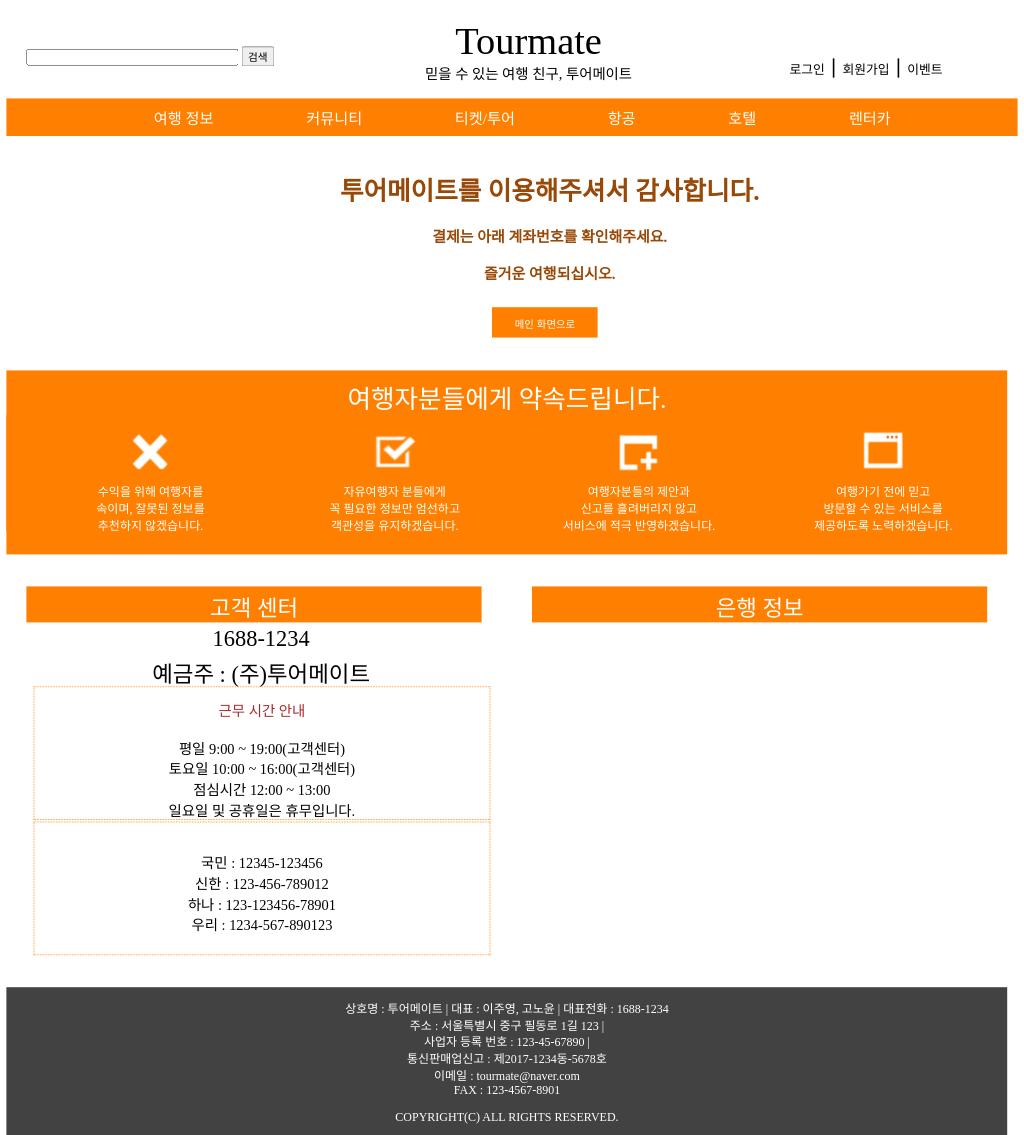
Repository: nohyoonko/2017-2-WP-Tourmate
Page: http://localhost/Tourmate/ok.jsp
These files come from the project's save history. The page is drawn as it stood at one moment and after the next save; the edit follows.
The browser window is 1280 px wide. The pictures show the whole page, at 80% of full size.
Some web libraries are served in a nearby version. The page is served by Tomcat 9. Other server files are loaded and not shown.

Above is the page before, as saved 2017-12-07 06:28:15.

### eclipse-workspace/Tourmate/WebContent/ok.jsp
<%@ page contentType="text/html; charset=UTF-8" pageEncoding="UTF-8"%>
<!DOCTYPE html>
<html lang="ko">
	<head>
		<meta http-equiv="Content-Type" content="text/html; charset=UTF-8" />
		<title>투어메이트</title>
		<script src="http://code.jquery.com/jquery-1.10.1.js"></script>
		<style>
		.whitebox {
         height:250px;
         width:600px;
         color:#984807;
         margin-left:30%;
      	}
      	input.button {
      		padding:1.5% 3% 2% 3%;
      		width:22%;
      		height:15%;
      		border-color:transparent;
      		font-weight:550;
      		font-size:13px;
       	 	background:#FF8000;
       	 	color:white;
        	text-align:center;
        	margin-left:38%;
        	margin-top:2%;
      	}
		</style>
	</head>
	<body>
		<!-- 제목+메뉴바를 포함한 Header.jsp 파일을 include -->
 		<jsp:include page="Header.jsp" flush="false"/>
		<br><br>
		<div class="whitebox">
			<center>
			<h1>투어메이트를 이용해주셔서 감사합니다.</h1>
			<h3>결제는 아래 계좌번호를 확인해주세요.</h3>
			<h3>즐거운 여행되십시오.</h3>
			</center>
			<input type="button" class="button" value="메인 화면으로" onClick="location.href='투어메이트.jsp'">
		</div>
		<!-- 회사 정보와 약속을 포함한 Footer.jsp 파일을 include -->
		<jsp:include page="Footer.jsp" flush="false"/>
	</body>
</html>

### eclipse-workspace/Tourmate/WebContent/Header.jsp
<%@ page language="java" contentType="text/html; charset=UTF-8"
    pageEncoding="UTF-8"%>
<!DOCTYPE html PUBLIC "-//W3C//DTD HTML 4.01 Transitional//EN" "http://www.w3.org/TR/html4/loose.dtd">
<html>
<head>
   <meta http-equiv="Content-Type" content="text/html; charset=UTF-8">
   <title>투어메이트</title>
    <style>
        div { font-family: "함초롬돋움"; }

        div.header1 {
            width: 30%;
            float: left;
            margin-left: 25px;
            margin-top: 50px;
        }

        div.header2 {
            width: 33%;
            height: 60px;
            float: left;
            margin-left: 40px;
            margin-top: 15px;
            color: black;
        }

         div.header2 > a {
           color:black; text-decoration:none;
         }

        div.header3 {
            width: 31%;
            height: 50px;
            float: left;
            margin-right: 10px;
            margin-top: 65px;
        }

        .menubar {
          background: #FF8000;
          display: inline-block;
           width: 100%;
      }
      .main { margin: 0; padding: 0; font-size: 19px; }
      .main li {
         padding:0% 3% 0% 3%;
           float: left;
           list-style:none;
           position: relative;
      }
      .main li:first-child { margin-left: 10%; }
      .main li:hover { background: #984807; }
      .main a {
           color: white;
           display: block;
           padding: 10px 20px;
           text-decoration: none;
      }
      .main ul {
           background: white;
           display: none;
           padding: 0;
           position: absolute;
           left: 0;
           top: 100%;
           z-index: 2;
           width: 210px;
      }
      .main ul li { float: none; margin-left: 10%; }
      .main ul a { color: #984807; }
      .main ul li:hover { background: white; }
      .main ul li:hover>a { color: #FF8000; }

      .header3_button{
         float:left;
         border-right:2px solid black;
         padding-right:10px;
         margin-right:10px;
         font-size: 3;
      }
      .header3_button:first-child{ margin-left: 30%; }
      .header3_button:nth-child(2){cursor:pointer; }
      .header3_button:last-child{ border-right: none; }
      .header3_button > a { color: black; text-decoration: none; }

   </style>
</head>
<body>
    <div class="header1">
        <input type="text" size=30>
        <input type="submit" value="검색">
    </div>
    <a href="투어메이트.jsp">
    <div class="header2">
        <center>
            <font face="HYHeadLine" size="7">Tourmate</font><br>
            <font face="함초롬돋움" size="4">믿을 수 있는 여행 친구, 투어메이트</font>
        </center>
    </div>
    </a>
    <div class="header3">
    <%
    // 현재 로그인된 아이디가 없다면 (= session에 저장된 id가 없다면)
    if(session.getAttribute("id") == null) {
    %>
      <div class="header3_button"><a href="Login.jsp">로그인</a></div>
      <div class="header3_button"><a href="Signup.jsp">회원가입</a></div>
    <% }
    // 현재 로그인된 아이디가 있다면 (= session에 저장된 id가 있다면)
    else { %>
       <div class="header3_button"><%= session.getAttribute("id") %>님</div>
      <div class="header3_button"><a href="Logout.jsp">로그아웃</a></div>
    <% } %>

      <div class="header3_button"><a href="투어메이트.html#event">이벤트</a></div>
    </div>

    <!--상단 메뉴바와 하위 메뉴-->
    <script src="//code.jquery.com/jquery.min.js"></script>
   <script>
   $(function(){
        $(".main li").hover(function(){
          $('ul:first',this).show();
        }, function(){
          $('ul:first',this).hide();
        });
   });
   </script>

    <div class="menubar">
        <ul class="main">
            <li>
                 <a href="#">여행 정보</a>
                 <ul>
                  <li><a href="인기_여행_도시.jsp">인기 여행 도시</a></li>
                  <li><a href="여행_준비.jsp">여행 준비</a></li>
               </ul>
            </li>

            <li>
                <a href="#">커뮤니티</a>
                <ul>
                    <li><a href="여행_후기.jsp">여행 후기</a></li>
                </ul>
            </li>

            <li>
                <a href="#">티켓/투어</a>
                <ul>
                    <li><a href="티켓투어_한국.jsp">한국</a></li>
                    <li><a href="티켓투어_홍콩.jsp">홍콩</a></li>
                    <li><a href="티켓투어_일본.jsp">일본</a></li>
                    <li><a href="티켓투어_싱가포르.jsp">싱가포르</a></li>
                    <li><a href="티켓투어_대만.jsp">대만</a></li>
                </ul>
            </li>

            <li><a href="항공.jsp">항공</a></li>
            <li><a href="호텔.jsp">호텔</a></li>
            <li><a href="렌터카.jsp">렌터카</a></li>
        </ul>
    </div>

</body>
</html>

### eclipse-workspace/Tourmate/WebContent/Footer.jsp
<%@ page language="java" contentType="text/html; charset=UTF-8"
    pageEncoding="UTF-8"%>
<!DOCTYPE html PUBLIC "-//W3C//DTD HTML 4.01 Transitional//EN" "http://www.w3.org/TR/html4/loose.dtd">
<html>
<head>
	<meta http-equiv="Content-Type" content="text/html; charset=UTF-8">
	<title>투어메이트</title>
    <style>
        div { font-family: "함초롬돋움"; }

       div.footer{
         width:99%;
         height:220px;
         float:left;
         background-color:#FF8000;
         color:white;
         text-align:center;
         padding-top:10px;
      }
      div.promise{
         width:20%;
         float:left;
         height:140px;
         background-color:#FF8000;
         color:white;
         font-size:15px;
         text-align:center;
         padding-top:5px;
         padding-left:55px;
      }
      div.footer2{
         width:45%;
         height:40px;
         float:left;
         font-size:28px;
         background-color:#FF8000;
         color:white;
         text-align:center;
         padding-top:5px;
         margin-left:2%;
         margin-right:3%;
         margin-top:40px;
      }
      div.footer3{
         width:45%;
         height:35px;
         float:left;
         font-size:28px;
         text-align:center;
         padding-top:4px;
         margin-left:34px;
         margin-right:34px;
      }
      div.footer4{
         width:45%;
         height:150px;
         float:left;
         font-size:18px;
         text-align:center;
         padding-top:15px;
         margin-top:2px;
         margin-left:34px;
         margin-right:34px;
         border-width: 1px;
         border-style : dotted;
         border-color : #FF8000;
      }
      div.footer5{
         width:99%;
         height:170px;
         font-size:15px;
         background-color:#424242;
         color:white;
         float:left;
         text-align:center;
         padding-top:15px;
         margin-top:40px;
      }
       #fo {width:60px; height:60px; padding:10px 70px 5px 70px;}
	</style>
</head>
<body>
       <div class="footer">
         <font size="6">여행자분들에게 약속드립니다.</font><br>
         <div class="promise">
            <img id="fo" src="main/footer 그림1.png"><br>
            수익을 위해 여행자를<br>
            속이며, 잘못된 정보를<br>
            추천하지 않겠습니다.
         </div>
         <div class="promise">
            <img id="fo" src="main/footer 그림2.png"><br>
            자유여행자 분들에게<br>
            꼭 필요한 정보만 엄선하고<br>
            객관성을 유지하겠습니다.
         </div>
         <div class="promise">
            <img id="fo" src="main/footer 그림3.png"><br>
            여행자분들의 제안과<br>
            신고를 흘려버리지 않고<br>
            서비스에 적극 반영하겠습니다.
         </div>
         <div class="promise">
            <img id="fo" src="main/footer 그림4.png"><br>
            여행가기 전에 믿고<br>
            방문할 수 있는 서비스를<br>
            제공하도록 노력하겠습니다.
         </div>
      </div>
      <br>
      <div class="footer2">고객 센터</div>
      <div class="footer2">은행 정보</div>
      <br>
      <div class="footer3">1688-1234</div>
      <div class="footer3">예금주 : (주)투어메이트</div>
      <br>
      <div class="footer4">
         <font color="brown" size="4">근무 시간 안내</font><br><br>
         평일 9:00 ~ 19:00(고객센터)<br>
         토요일 10:00 ~ 16:00(고객센터)<br>
         점심시간 12:00 ~ 13:00<br>
         일요일 및 공휴일은 휴무입니다.<br>
      </div>
      <div class="footer4"><br>
         국민 : 12345-123456<br>
         신한 : 123-456-789012<br>
         하나 : 123-123456-78901<br>
         우리 : 1234-567-890123<br>
      </div>
      <div class="footer5">
         상호명 : 투어메이트 | 대표 : 이주영, 고노윤 | 대표전화 : 1688-1234<br>
         주소 : 서울특별시 중구 필동로 1길 123 | <br>
         사업자 등록 번호 : 123-45-67890 |<br>
         통신판매업신고 : 제2017-1234동-5678호<br>
         이메일 : tourmate@naver.com<br>
         FAX : 123-4567-8901<br><br>
         COPYRIGHT(C) ALL RIGHTS RESERVED.<br>
      </div>
</body>
</html>

After the next save:
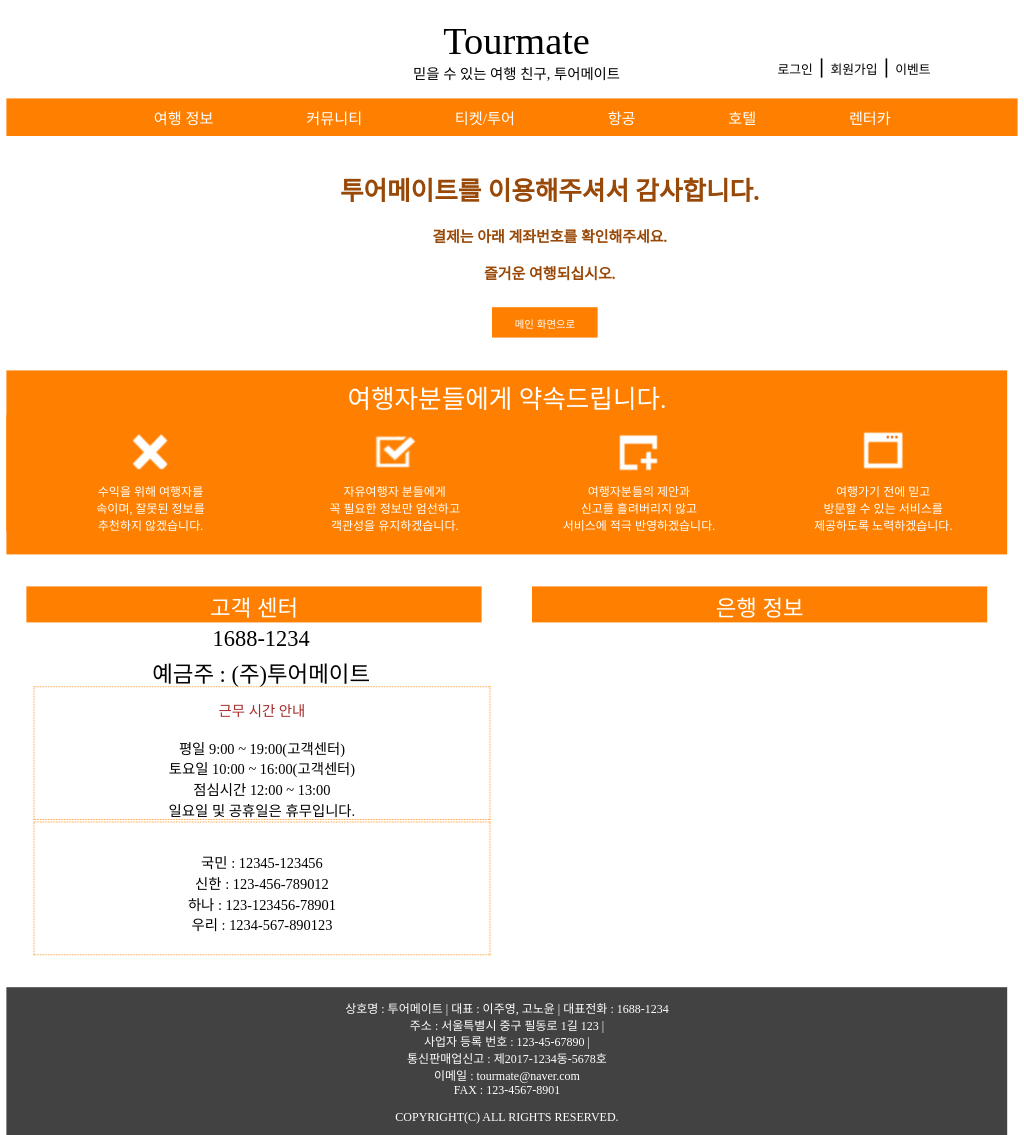
Saved 11 min 35 s later.
--- a/eclipse-workspace/Tourmate/WebContent/Header.jsp
+++ b/eclipse-workspace/Tourmate/WebContent/Header.jsp
@@ -19,7 +19,7 @@
             width: 33%;
             height: 60px;
             float: left;
-            margin-left: 40px;
+            margin-left: 25px;
             margin-top: 15px;
             color: black;
         }
@@ -87,8 +87,6 @@
 </head>
 <body>
     <div class="header1">
-        <input type="text" size=30>
-        <input type="submit" value="검색">
     </div>
     <a href="투어메이트.jsp">
     <div class="header2">
